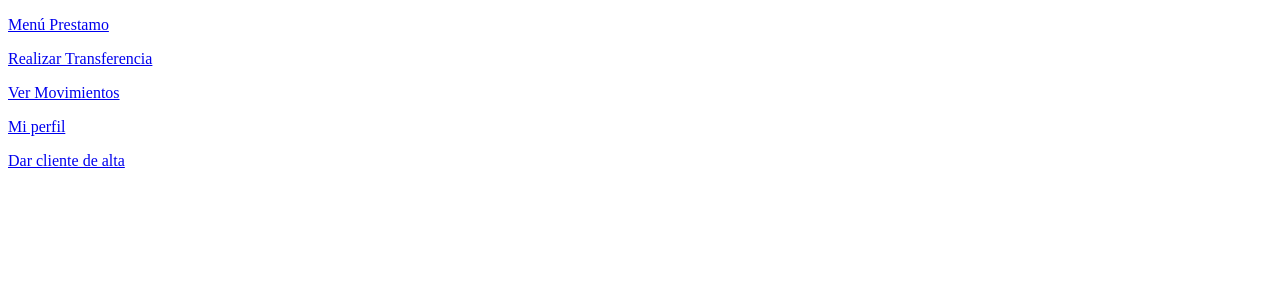
Repository: oskiman18/TP-Final
Page: http://localhost/Tp_integrador_grupo_2/home.jsp
An editor plug-in stored every save of this project. The page is shown before and after the next save, followed by the edit.
The browser window is 1280 px wide. The pictures show the whole page.
The page is served by Tomcat 9.

Above is the page before, as saved 2021-06-24 22:00:09.

After the next save:
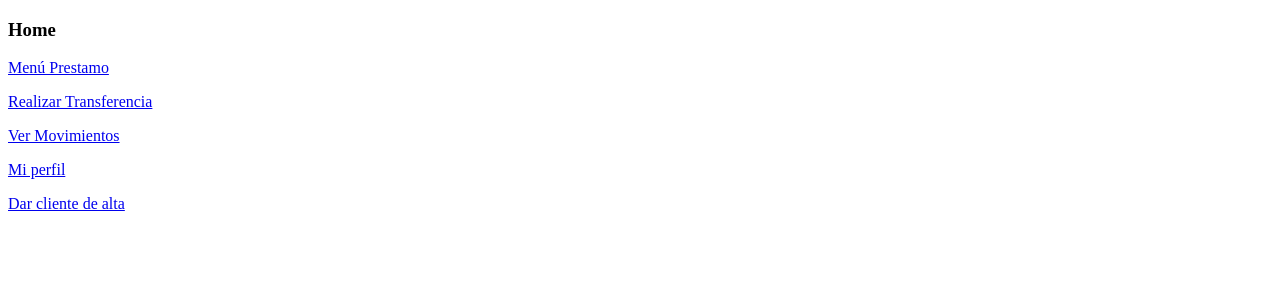
Saved 103 s later.
--- a/Tp_integrador_grupo_2/src/main/webapp/home.jsp
+++ b/Tp_integrador_grupo_2/src/main/webapp/home.jsp
@@ -8,6 +8,7 @@
 </head>
 
 	<body>
+	<h3> Home </h3>
 		<a href='prestamos.jsp'> <p> Menú Prestamo </p></a>
 		<a href='transferir.jsp'> <p> Realizar Transferencia </p></a>
 		<a href='historial.jsp'> <p> Ver Movimientos </p></a>
